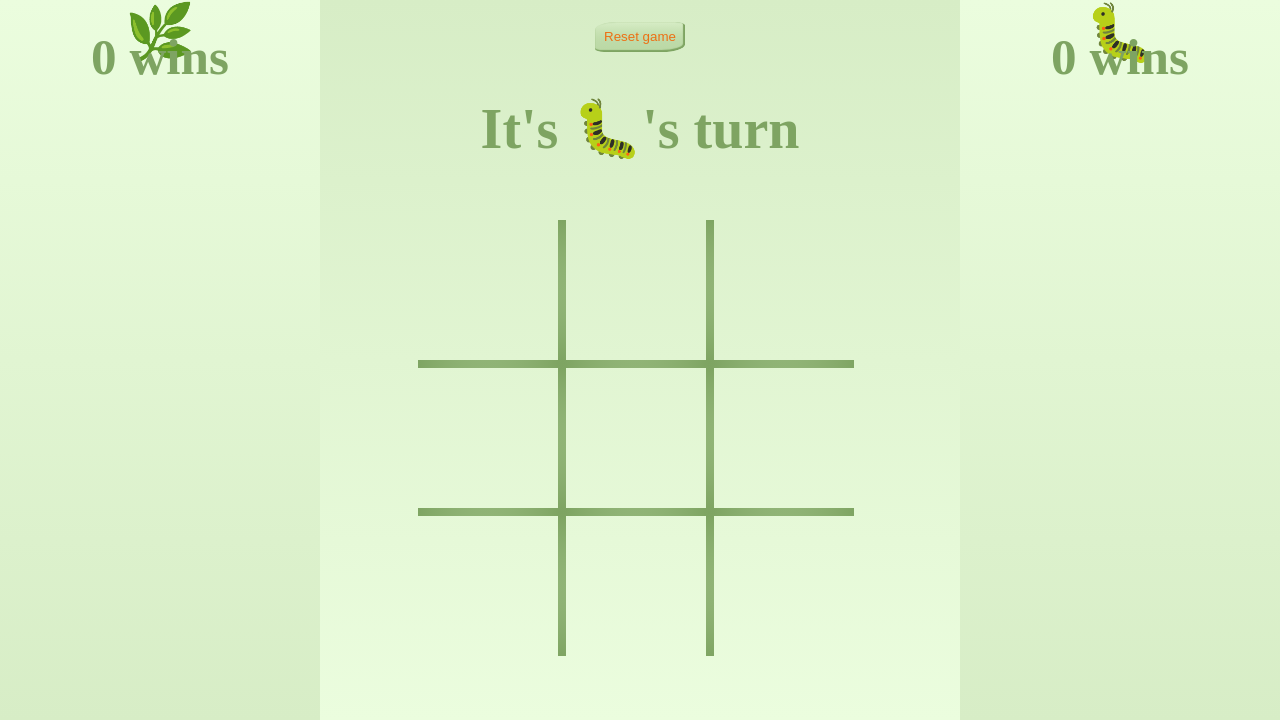
Repository: AsherSpurr/tic-tac-toe
Page: index.html
The author's editor kept a copy of each file at every save. The page is drawn from the files as they stood at one save, then again after the next save.
The browser window is 1280 px wide. The pictures show the whole page.
Some web fonts or font styles are not loaded; a fallback is used.

Above is the page before, as saved 2024-01-14 13:40:05.

### index.html
<!DOCTYPE html>
<html lang="en">
<head>
    <meta charset="UTF-8">
    <meta name="viewport" content="width=device-width, initial-scale=1.0">
    <link rel="stylesheet" type="text/css" href="styles.css">
    <link rel="preconnect" href="https://fonts.googleapis.com">
    <link rel="preconnect" href="https://fonts.gstatic.com" crossorigin>
    <link href="https://fonts.googleapis.com/css2?family=Bad+Script&family=Poppins:wght@300&display=swap" rel="stylesheet">
    <title>Two player tic tac toe</title>
</head>
<body">
    <section class="column" id="left-column">
        <article class="player-box" id="player1">
            <h3 class="player" id="player1-icon">🌿</h3>
            <h4 class="wins" id="player1-wins"></h4>
        </article>
    </section>
    <section class="game-play">
        <div class="reset-container">
            <button class="reset-button">Reset game</button>
        </div>
        <h1 class="welcome-message">✨Tic Tac Toe✨</h1>
        <h2 class="turns hidden">It's 🐛's turn</h2>
        <section class="gameboard-container">
            <div class="cell" id="cell1"></div>
            <div class="cell" id="cell2"></div>
            <div class="cell" id="cell3"></div>
            <div class="cell" id="cell4"></div>
            <div class="cell" id="cell5"></div>
            <div class="cell" id="cell6"></div>
            <div class="cell" id="cell7"></div>
            <div class="cell" id="cell8"></div>
            <div class="cell" id="cell9"></div>
        </section>
    </section>
    <section class="column" id="right-column">
        <article class="player-box" id="player2">
            <h3 class="player" id="player2-icon">🐛</h3>
            <h4 class="wins" id="player2-wins"></h4>
        </article>
    </section>
</body>
    <script type="text/javascript" src="main.js"></script>
</html>

### styles.css
body {
    height: 100%;
    width: 100%;
    margin: 0;
    font-family: 'Bad Script';
    color: #7ea462;
}

.column {
    background-image: linear-gradient(#ebfdde, #d7edc6);
    height: 100vh;
    width: 25vw;
}

#left-column {
    float: left;
}

#right-column {
    float: right;
}

.game-play {
    background-image: linear-gradient(#d7edc6, #ebfdde);
    height: 100vh;
    width: 50vw;
    float: inline-start;
    display: flex;
    align-items: center;
    flex-direction: column;
    justify-content: space-around;
}

.gameboard-container {
    display: flex;
    flex-wrap: wrap;
    width: 444px;
    height: 366px;
    margin-bottom: 8em;
}

.cell {
    display: flex;
    justify-content: center;
    align-items: center;
    background-color: transparent;
    border-style: solid;
    border-width: 4px;
    border-image: radial-gradient(#bad8a4, #7ea462) 1;
    height: 140px;
    width: 140px;
    font-size: 80px;
}

.player-box {
    display: flex;
    align-items: center;
    flex-direction: column;
    margin: 0;
}

.player {
    font-size: 350%;
    margin: 0;
    margin-bottom: -.70em;
}

.wins {
    font-size: 320%;
    margin: 0;
}

.welcome-message,
.turns {
    font-size: 350%;
    max-height: 20vh;
    margin-top: 5%;
}

.reset-container {
    display: flex;
    align-items: end;
    margin-top: 1em;

}

.reset-button {
    color: #ed7014;
    height: 30px;
    width: 90px;
    border-radius: 25% 10%;
    border: 1px transparent;
    background-image: linear-gradient(0deg, #bad8a4, 70%, #d7edc6);
    box-shadow: inset -1px -1px 1px 1px #7ea462;
}

.cell:nth-child(1) {
    border-top: transparent;
    border-left: transparent;
}


.cell:nth-child(2) {
    border-top: transparent;
}


.cell:nth-child(3) {
    border-top: transparent;
    border-right: transparent;
}


.cell:nth-child(4) {
    border-left: transparent;
}


.cell:nth-child(6) {
    border-right: transparent;
}


.cell:nth-child(7) {
    border-left: transparent;
    border-bottom: transparent;
}


.cell:nth-child(8) {
    border-bottom: transparent;
}


.cell:nth-child(9) {
    border-bottom: transparent;
    border-right: transparent;
}


.hidden {
    display: none;
}

### main.js
var players = [
    {
        name: 'player1',
        icon: '🌿',
        isTurn: false,
        hasWon: false,
        plays: [],
        wins: 0
    },
    {
        name: 'player2',
        icon: '🐛',
        isTurn: true,
        hasWon: false,
        plays: [],
        wins: 0
    }
]

var winningCombos = [
    ['cell1', 'cell2', 'cell3'],
    ['cell4', 'cell5', 'cell6'],
    ['cell7', 'cell8', 'cell9'],
    ['cell1', 'cell4', 'cell7'],
    ['cell2', 'cell5', 'cell8'],
    ['cell3', 'cell6', 'cell9'],
    ['cell1', 'cell5', 'cell9'],
    ['cell3', 'cell5', 'cell7'],
]

var welcomeMessage = document.querySelector('.welcome-message')
var turns = document.querySelector('.turns')
var gameBoard = document.querySelector('.gameboard-container')
var winsPlayer1 = document.getElementById('player1-wins')
var winsPlayer2 = document.getElementById('player2-wins')

window.addEventListener('load', storeWinsLocally)

gameBoard.addEventListener('click', (event) => {
    checkforPlay(event)
});

setTimeout(replaceDisplayMessage, 1500)

function replaceDisplayMessage() {
    turns.classList.remove('hidden')
    welcomeMessage.classList.add('hidden')
}

function checkforPlay(event) {
    localStorage.setItem('wins0', players[0].wins)
    localStorage.setItem('wins1', players[1].wins)
    var event = event.target.closest('div')
    for (var i = 0; i < players.length; i++) {
        if (players[0].hasWon === true || players[1].hasWon === true) {
            break
        }
        if (players[i].isTurn === true && event.innerText === '') {
            renderCellIcon(event, players[i])
            trackPlay(event, players[i])
            changeTurn()
            trackWins(players[i])
        }
    }
}

function renderCellIcon(event, player) {
    event.innerText = `${player.icon}`
}

function trackPlay(event, player) {
    player.plays.push(event.id)
}

function changeTurn() {
    for (var i = 0; i < players.length; i++) {
        players[i].isTurn = !players[i].isTurn
        renderTurnIcon()
    }
}

function renderTurnIcon() {
    for (var i = 0; i < players.length; i++) {
        if (players[i].isTurn === true) {
            turns.innerText = `It's ${players[i].icon}'s turn`
        }
    }
}

function trackWins(player) {
    for (var i = 0; i < winningCombos.length; i++) {
        counter = 0;
        for (var j = 0; j < player.plays.length; j++) {
            if (winningCombos[i].includes(player.plays[j])) {
                counter++
            }
            if (counter === 3) {
                player.hasWon = true
                // console.log(`line 102: ${player.wins}`)
                player.wins++
                storeWinsLocally(player)
                renderWinner(player)
                renderWins(player)
                setTimeout(reloadGameboard, 1500)
            }
        }
    }
    isDraw(player)
}
function storeWinsLocally() {
    for(var i = 0; i < players.length; i++) {
        if(players[i].name === 'player1') {
            localStorage.setItem('wins0', players[i].wins)
        }
        else {
            localStorage.setItem('wins1', players[i].wins)
        }
    }
    console.log(`wins0: ${localStorage.wins0}`)
    console.log(`wins1: ${localStorage.wins1}`)
    refreshWins()
}

function refreshWins() {
    var wins0 = parseInt(localStorage.getItem('wins0'))
    var wins1 = parseInt(localStorage.getItem('wins1'))

    players[0].wins = wins0
    players[1].wins = wins1

    renderWins(players[0])
    renderWins(players[1])
}

function isDraw(player) {
    if (player.plays.length === 5 && !player.hasWon) {
        declareDraw()
        setTimeout(reloadGameboard, 1500)
    }
}

function renderWinner(player) {
    turns.innerText = `${player.icon} won!`
}

function declareDraw() {
    turns.innerText = `Draw!`
}

function reloadGameboard() {
    for (var i = 0; i < players.length; i++) {
        if (players[i].hasWon === true || players[i].plays.length === 5) {
            for (var child of gameBoard.children) {
                child.innerText = ""
            }
            resetInitialValues()
            renderTurnIcon()
        }

    }
}

function resetInitialValues() {
    for (var i = 0; i < players.length; i++) {
        players[i].hasWon = false
        players[i].plays.splice(0, players[i].plays.length)
    }
}

function renderWins(player) {
    if (player.name === 'player1') {
        winsPlayer1.innerText = `${players[0].wins} wins`
    }
    else {
        winsPlayer2.innerText = `${players[1].wins} wins`
    }
}

After the next save:
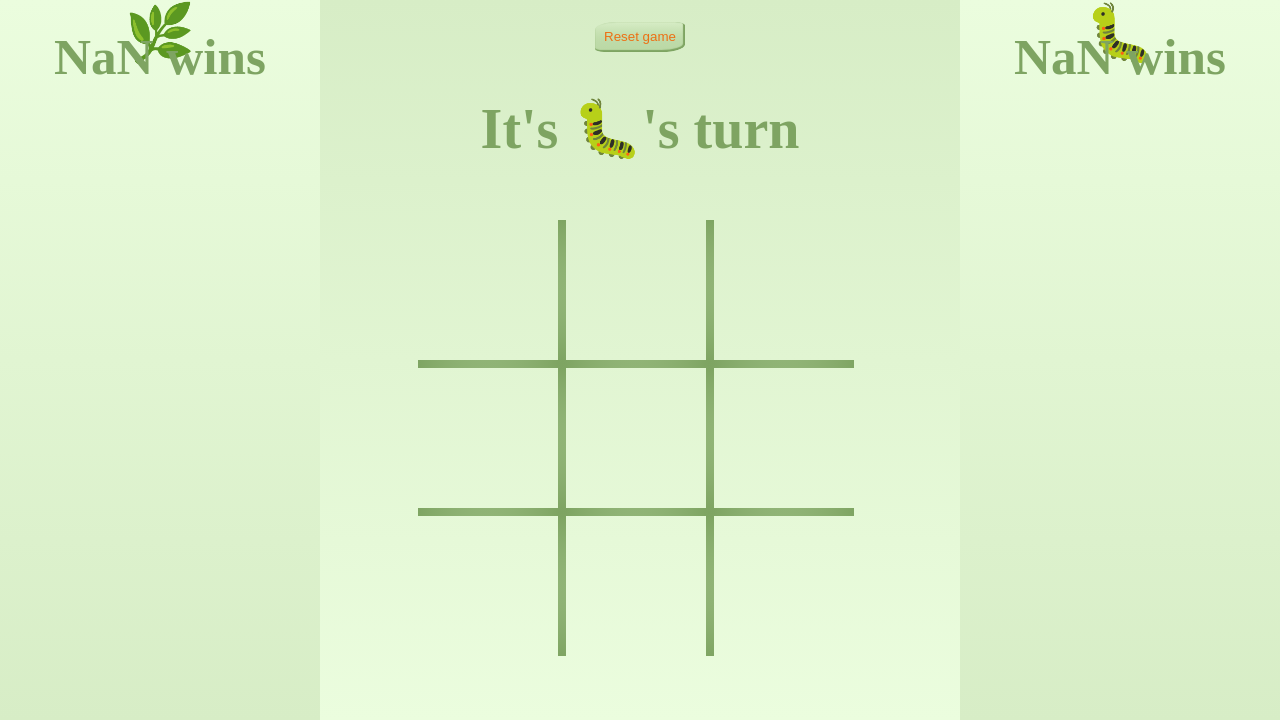
Saved 7 s later.
--- a/main.js
+++ b/main.js
@@ -34,7 +34,7 @@ var gameBoard = document.querySelector('.gameboard-container')
 var winsPlayer1 = document.getElementById('player1-wins')
 var winsPlayer2 = document.getElementById('player2-wins')
 
-window.addEventListener('load', storeWinsLocally)
+window.addEventListener('load', refreshWins)
 
 gameBoard.addEventListener('click', (event) => {
     checkforPlay(event)
